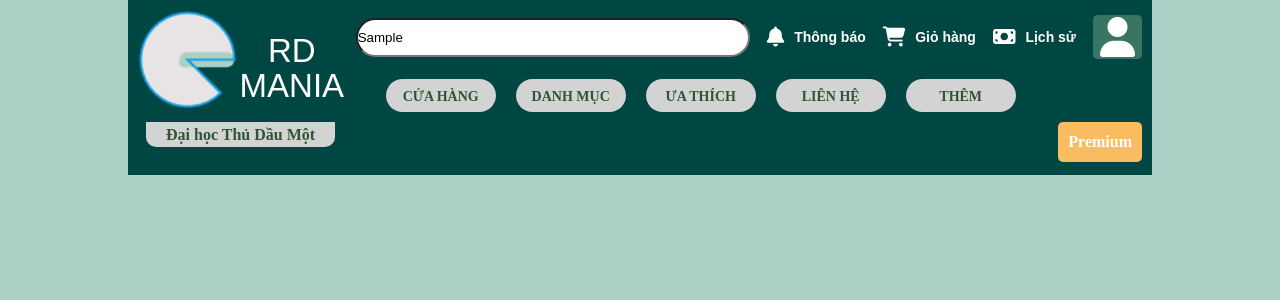
Repository: BinhTeach/rdmania
Page: Html/main.html
The author's editor kept a copy of each file at every save. The page is drawn from the files as they stood at one save, then again after a run of saves.
The browser window is 1280 px wide. The pictures show the whole page.
Empty fields were first filled with sample values (such as "Sample", 5 or name@example.com).
After loading, the first visible `li[onclick="sideBar_appear()"]` was clicked once.
Some web fonts or font styles are not loaded; a fallback is used. Some web libraries are served in a nearby version.

Above is the page before, as saved 2024-03-01 00:29:01.
Console error: SyntaxError: Unexpected token '}'

After the next 3 saves:
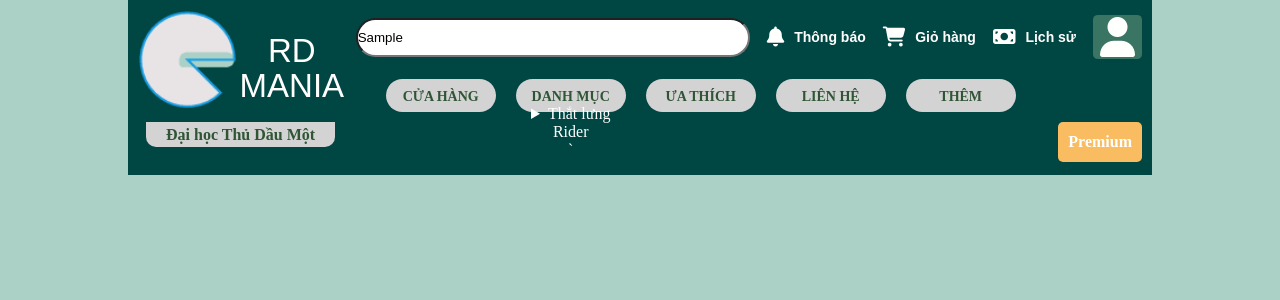
The error is gone.
The 3 saves are shown as one change because they came seconds apart.
The last was saved 19 s later.
--- a/Html/main.html
+++ b/Html/main.html
@@ -91,7 +91,7 @@ function clickMenu() {
 }
 function sideBar_appear(){
      var appear = document.getElementById('sideBar__hidden');
-     appear.
+     appear.id='sideBar__appear';
 }
 
 </script>
